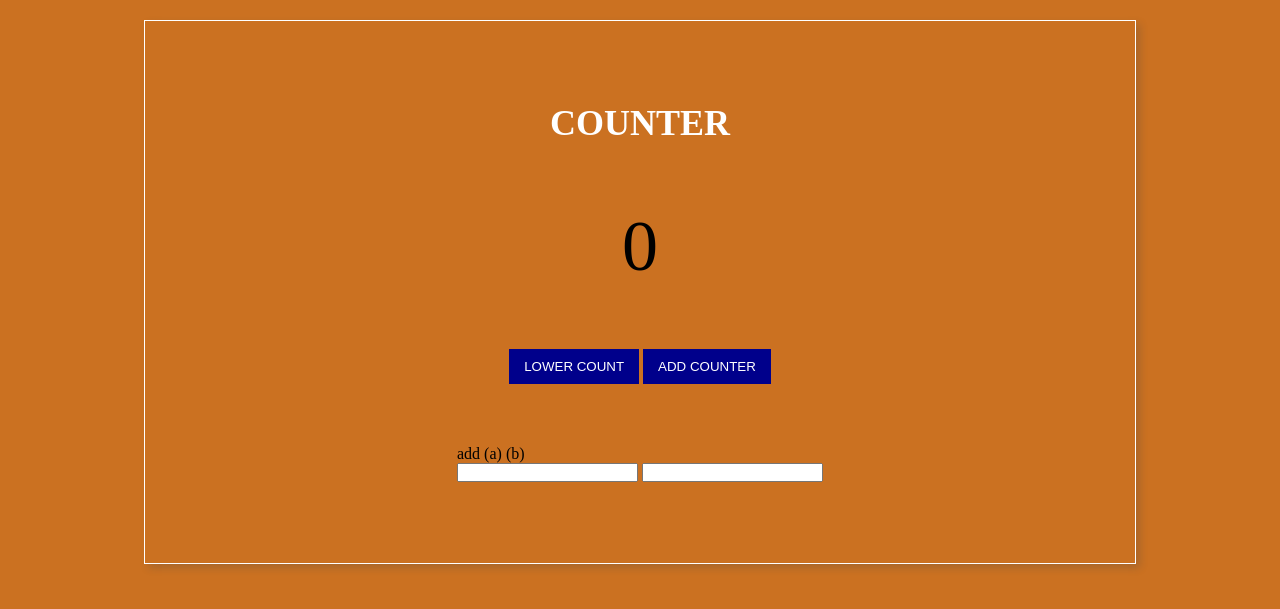
Repository: lusine-tech/counter
Page: index.html
These files come from the project's save history. The page is drawn as it stood at one moment and after a run of saves; the edit follows.
The browser window is 1280 px wide. The pictures show the whole page.

Above is the page before, as saved 2022-02-14 19:34:30.

### index.html
<!DOCTYPE html>
<html lang="en">
<head>
    <meta charset="UTF-8">
    <meta http-equiv="X-UA-Compatible" content="IE=edge">
    <meta name="viewport" content="width=device-width, initial-scale=1.0">
    <link rel="stylesheet" href="style.css">
    <title>counter</title>
</head>
<body>
    <section class="background">
        <div class="block">
            <h3 class="title">Counter</h3>
            <p class="num" id="value">0</p>
    <div class="buttons">
       <button class="btn" id="decrease">lower count</button>
       <button class="btn" id="increase">add Counter</button>
    </div>
    <div class="inputs">
        <p class="sum">add <span class="left-input">(a)</span>
            <span class="right-input">(b)</span></p>
            <input type="number" class="left-number">
            <input type="number" class="right-number">
    </div>
    </div>
    </section>
   <script src="/script.js"></script>
</body>
</html>

### style.css
*{
    margin: 0;
    padding: 0;
    box-sizing: border-box;
}

.background {
    height: 100vh;
    width: 100vw;
    background-color: #cb7121;
    display: flex;
   justify-content: center;
   padding: 20px;
}

.block {
    display: flex;
    align-items: center;
    justify-content: space-around;
    flex-direction: column;

    height: 80%;
    width: 80%;
    border: 1px solid #fff;
    padding: 50px 20px;
    -webkit-box-shadow: 4px 4px 8px 0px rgba(34, 60, 80, 0.2);
-moz-box-shadow: 4px 4px 8px 0px rgba(34, 60, 80, 0.2);
box-shadow: 4px 4px 8px 0px rgba(34, 60, 80, 0.2);
}
.title {
    color: #fff;
    font-size: 36px;
    text-transform: uppercase;
}
.num {
    font-size: 72px;
}
.btn {
    padding: 10px 15px;
    color: #fff;
        cursor: pointer;
    transition: 0.5s ease;
    border: none;
    outline: none;
    background-color: #00008B;
    text-transform: uppercase;
}

.btn:hover {
    background-color: #303f9f;
}

sum

### script.js
const decrease = document.querySelector("#decrease");
const increase = document.querySelector("#increase");
const num = document.querySelector("#value");
let integer = 0;
decrease.addEventListener("click", function () {
integer-=1;
num.innerHTML = integer;
});

increase.addEventListener("click", function () {
  integer += 1;
  num.innerHTML = integer;
});

After the next 4 saves:
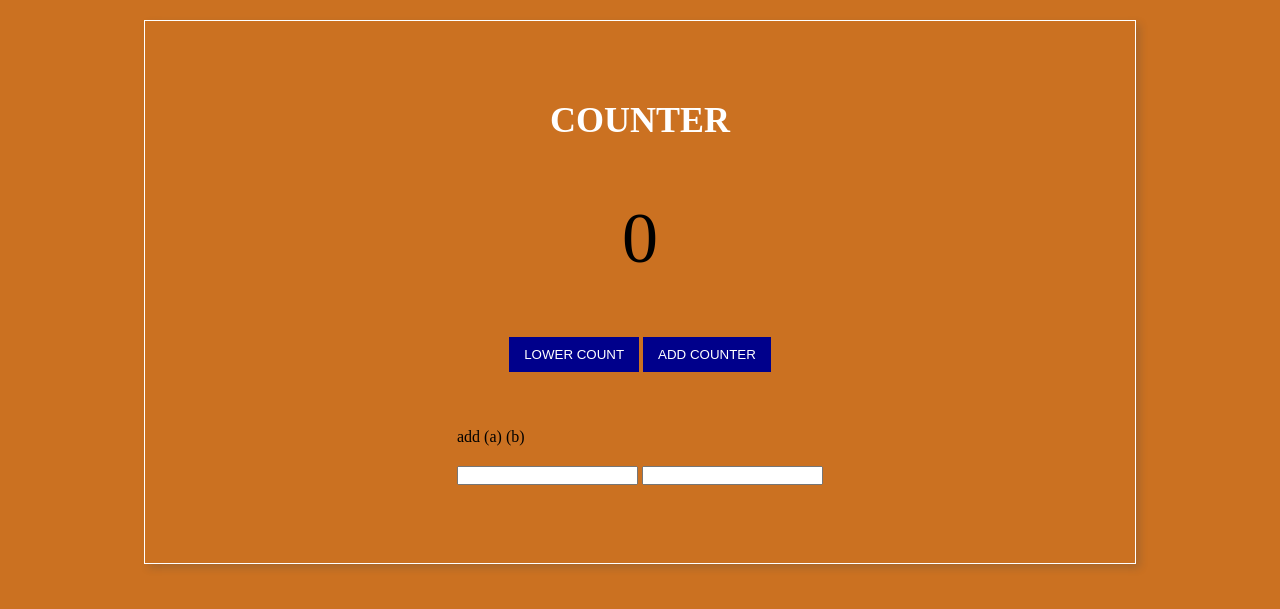
The 4 saves are shown as one change because they came seconds apart.
The last was saved 11 s later.
--- a/style.css
+++ b/style.css
@@ -50,4 +50,6 @@ box-shadow: 4px 4px 8px 0px rgba(34, 60, 80, 0.2);
     background-color: #303f9f;
 }
 
-sum
+.sum {
+    margin-bottom: 20px;
+}
